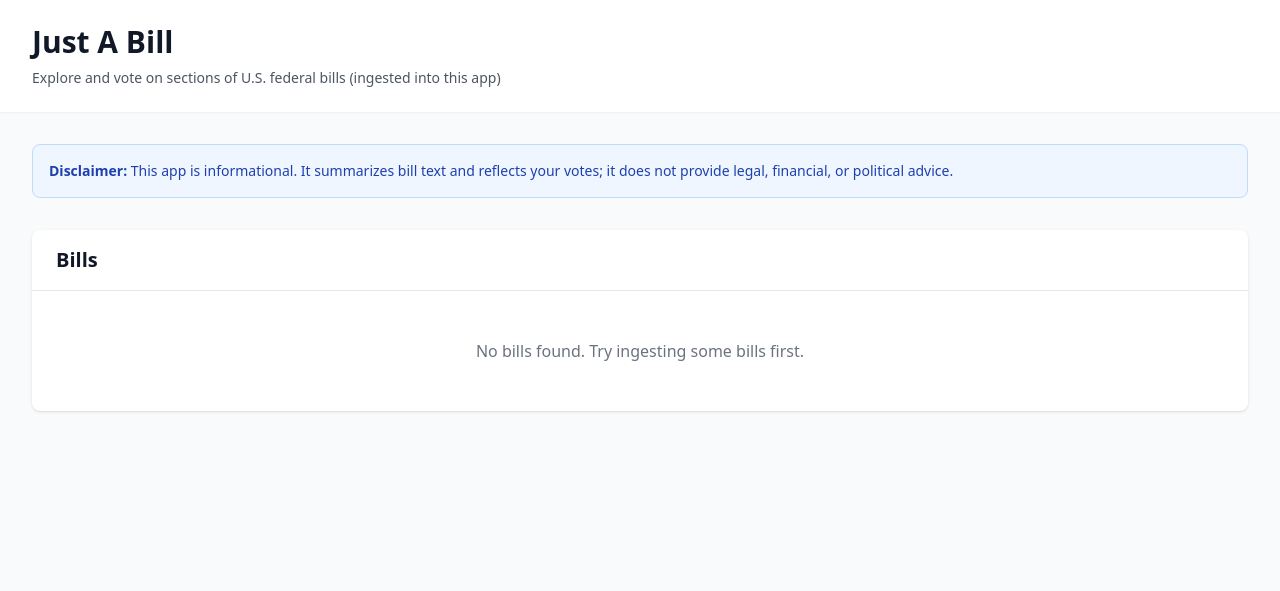
Repository: jschilling12/justabill
Page: / (app in frontend/)
The author's editor kept a copy of each file at every save. The page is drawn from the files as they stood at one save, then again after the next save.
The browser window is 1280 px wide. The pictures show the whole page.
The page's requests for data from a server got no answer. The project was rebuilt for these pictures with package versions that can differ from the ones it lists, and the page was loaded fresh each time. The framework's server and built-in components were replaced by stand-ins that run in the browser. No one was signed in, and anything a server would have sent is missing. Also part of the build but not shown: frontend/next.config.js.

Above is the page before, as saved 2026-01-04 10:47:46.

### frontend/pages/_app.tsx
import React from 'react';
import type { AppProps } from 'next/app';
import '../styles/globals.css';

export default function App({ Component, pageProps }: AppProps) {
  return <Component {...pageProps} />;
}

### frontend/pages/index.tsx
import { useEffect, useState } from 'react';
import Link from 'next/link';
import { getBills, Bill } from '../lib/api';

export default function Home() {
  const [bills, setBills] = useState<Bill[]>([]);
  const [loading, setLoading] = useState(true);
  const [page, setPage] = useState(1);
  const [totalPages, setTotalPages] = useState(1);

  useEffect(() => {
    loadBills();
  }, [page]);

  const loadBills = async () => {
    try {
      setLoading(true);
      const data = await getBills(page, 20);
      setBills(data.items);
      setTotalPages(data.pages);
    } catch (error) {
      console.error('Error loading bills:', error);
    } finally {
      setLoading(false);
    }
  };

  const formatDate = (dateString?: string) => {
    if (!dateString) return 'N/A';
    return new Date(dateString).toLocaleDateString();
  };

  return (
    <div className="min-h-screen bg-gray-50">
      {/* Header */}
      <header className="bg-white shadow-sm">
        <div className="max-w-7xl mx-auto px-4 sm:px-6 lg:px-8 py-6">
          <h1 className="text-3xl font-bold text-gray-900">Just A Bill</h1>
          <p className="mt-2 text-sm text-gray-600">
            Explore and vote on sections of U.S. federal bills (ingested into this app)
          </p>
        </div>
      </header>

      {/* Main Content */}
      <main className="max-w-7xl mx-auto px-4 sm:px-6 lg:px-8 py-8">
        {/* Disclaimer */}
        <div className="bg-blue-50 border border-blue-200 rounded-lg p-4 mb-8">
          <p className="text-sm text-blue-800">
            <strong>Disclaimer:</strong> This app is informational. It summarizes bill text and
            reflects your votes; it does not provide legal, financial, or political advice.
          </p>
        </div>

        {/* Bills List */}
        <div className="bg-white rounded-lg shadow">
          <div className="px-6 py-4 border-b border-gray-200">
            <h2 className="text-xl font-semibold text-gray-900">Bills</h2>
          </div>

          {loading ? (
            <div className="px-6 py-12 text-center">
              <div className="inline-block animate-spin rounded-full h-8 w-8 border-b-2 border-gray-900"></div>
              <p className="mt-2 text-gray-600">Loading bills...</p>
            </div>
          ) : bills.length === 0 ? (
            <div className="px-6 py-12 text-center text-gray-500">
              No bills found. Try ingesting some bills first.
            </div>
          ) : (
            <div className="divide-y divide-gray-200">
              {bills.map((bill) => (
                <Link
                  key={bill.id}
                  href={`/bills/${bill.id}`}
                  className="block px-6 py-4 hover:bg-gray-50 transition-colors"
                >
                  <div className="flex items-start justify-between">
                    <div className="flex-1 min-w-0">
                      <h3 className="text-lg font-medium text-gray-900 truncate">
                        {bill.bill_type.toUpperCase()}. {bill.bill_number}
                      </h3>
                      <p className="mt-1 text-sm text-gray-600 line-clamp-2">
                        {bill.title || 'No title available'}
                      </p>
                      <div className="mt-2 flex items-center space-x-4 text-xs text-gray-500">
                        <span>{bill.congress}th Congress</span>
                        {bill.status && (
                          <span className="px-2 py-1 bg-gray-100 rounded">
                            {bill.status.replace('_', ' ')}
                          </span>
                        )}
                        {bill.latest_action_date && (
                          <span>Updated: {formatDate(bill.latest_action_date)}</span>
                        )}
                      </div>
                    </div>
                    <div className="ml-4 flex-shrink-0">
                      <svg
                        className="h-5 w-5 text-gray-400"
                        fill="none"
                        stroke="currentColor"
                        viewBox="0 0 24 24"
                      >
                        <path
                          strokeLinecap="round"
                          strokeLinejoin="round"
                          strokeWidth={2}
                          d="M9 5l7 7-7 7"
                        />
                      </svg>
                    </div>
                  </div>
                </Link>
              ))}
            </div>
          )}

          {/* Pagination */}
          {!loading && bills.length > 0 && (
            <div className="px-6 py-4 border-t border-gray-200 flex items-center justify-between">
              <button
                onClick={() => setPage((p) => Math.max(1, p - 1))}
                disabled={page === 1}
                className="px-4 py-2 text-sm font-medium text-gray-700 bg-white border border-gray-300 rounded-md hover:bg-gray-50 disabled:opacity-50 disabled:cursor-not-allowed"
              >
                Previous
              </button>
              <span className="text-sm text-gray-700">
                Page {page} of {totalPages}
              </span>
              <button
                onClick={() => setPage((p) => Math.min(totalPages, p + 1))}
                disabled={page === totalPages}
                className="px-4 py-2 text-sm font-medium text-gray-700 bg-white border border-gray-300 rounded-md hover:bg-gray-50 disabled:opacity-50 disabled:cursor-not-allowed"
              >
                Next
              </button>
            </div>
          )}
        </div>
      </main>
    </div>
  );
}

### frontend/lib/api.ts
import axios from 'axios';
import { getAccessToken, setAccessToken, clearAccessToken } from './auth';

const API_URL = process.env.NEXT_PUBLIC_API_URL || 'http://localhost:8000';

// Get session ID from localStorage or create new one
function getSessionId(): string {
  if (typeof window === 'undefined') return '';

  let sessionId = localStorage.getItem('session_id');
  if (!sessionId) {
    sessionId = crypto.randomUUID();
    localStorage.setItem('session_id', sessionId);
  }
  return sessionId;
}

const api = axios.create({
  baseURL: API_URL,
  headers: {
    'Content-Type': 'application/json',
  },
});

// Add session ID to all requests
api.interceptors.request.use((config) => {
  const sessionId = getSessionId();
  if (sessionId) {
    config.headers['X-Session-ID'] = sessionId;
  }

  const token = getAccessToken();
  if (token) {
    config.headers['Authorization'] = `Bearer ${token}`;
  }
  return config;
});

export interface AuthTokenResponse {
  access_token: string;
  token_type: 'bearer';
}

export interface UserMe {
  id: string;
  email?: string | null;
  affiliation_raw?: string | null;
  affiliation_bucket?: string | null;
}

export interface Bill {
  id: string;
  congress: number;
  bill_type: string;
  bill_number: number;
  title: string;
  introduced_date?: string;
  latest_action_date?: string;
  status?: string;
  is_popular?: boolean;
  popularity_score?: number;
  popularity_updated_at?: string | null;
  is_law_impact_candidate?: boolean;
}

export interface BillSection {
  id: string;
  bill_id: string;
  section_key: string;
  heading: string;
  division?: string | null;
  title?: string | null;
  title_heading?: string | null;
  order_index: number;
  section_text: string;
  summary_json?: {
    plain_summary_bullets: string[];
    key_terms?: string[];
    who_it_affects?: string[];
    uncertainties?: string[];
  };
  evidence_quotes?: string[];
}

export interface BillWithSections extends Bill {
  sections: BillSection[];
}

export interface UserBillSummary {
  id: string;
  upvote_count: number;
  downvote_count: number;
  skip_count: number;
  upvote_ratio: number | null;
  verdict_label: string;
  liked_sections: any[];
  disliked_sections: any[];
}

export interface VoteCounts {
  up: number;
  down: number;
  skip: number;
  total: number;
}

export interface VotePercents {
  agree_pct: number;
  disagree_pct: number;
}

export interface VoteStats {
  counts: VoteCounts;
  percents: VotePercents;
}

export interface SectionVoteStatsItem {
  section_id: string;
  counts: VoteCounts;
  percents: VotePercents;
}

export interface BillSectionVoteStatsResponse {
  bill_id: string;
  items: SectionVoteStatsItem[];
}

export interface VoteSubmitResponse {
  vote: {
    id: string;
    user_id: string;
    bill_id: string;
    section_id: string;
    vote: 'up' | 'down' | 'skip';
    created_at: string;
    updated_at?: string | null;
  };
  updated: boolean;
}

export interface MyVotesForBillResponse {
  bill_id: string;
  user_id: string;
  votes: Array<{ section_id: string; vote: 'up' | 'down' | 'skip' }>;
}

export interface MyBillVoteItem {
  bill_id: string;
  congress: number;
  bill_type: string;
  bill_number: number;
  title: string;
  latest_action_date?: string | null;
  voted_sections: number;
}

export interface MyBillsVotesResponse {
  items: MyBillVoteItem[];
}

// API functions
export async function getBills(
  page: number = 1,
  pageSize: number = 20,
  popular?: boolean,
  lawImpactOnly?: boolean
) {
  const params: Record<string, any> = { page, page_size: pageSize };
  if (popular) params.popular = true;
  if (lawImpactOnly) params.law_impact_only = true;

  const response = await api.get('/bills', { params });
  return response.data;
}

export async function getBill(billId: string): Promise<BillWithSections> {
  const response = await api.get(`/bills/${billId}`);
  return response.data;
}

export async function submitVote(billId: string, sectionId: string, vote: 'up' | 'down' | 'skip') {
  const response = await api.post(`/votes/vote?bill_id=${billId}`, {
    section_id: sectionId,
    vote: vote
  });
  return response.data;
}

export async function submitBulkVotes(
  billId: string,
  sectionIds: string[],
  vote: 'up' | 'down' | 'skip'
) {
  const response = await api.post(`/votes/bulk-vote?bill_id=${billId}`, sectionIds.map((sectionId) => ({
    section_id: sectionId,
    vote,
  })));
  return response.data;
}

export async function getUserSummary(billId: string, userId: string): Promise<UserBillSummary> {
  const response = await api.get(`/bills/${billId}/user-summary`, {
    params: { user_id: userId }
  });
  return response.data;
}

export async function getMySummary(billId: string): Promise<UserBillSummary> {
  const response = await api.get(`/bills/${billId}/my-summary`);
  return response.data;
}

export async function getBillVoteStats(billId: string): Promise<VoteStats> {
  const response = await api.get(`/votes/bill/${billId}/stats`);
  return response.data;
}

export async function getBillsVoteStats(billIds: string[]): Promise<Record<string, VoteStats>> {
  if (!billIds.length) return {};
  const response = await api.get(`/votes/bills/stats`, {
    params: { bill_ids: billIds.join(',') },
  });
  const out: Record<string, VoteStats> = {};
  (response.data.items || []).forEach((it: any) => {
    out[it.bill_id] = { counts: it.counts, percents: it.percents };
  });
  return out;
}

export async function getBillSectionVoteStats(billId: string): Promise<BillSectionVoteStatsResponse> {
  const response = await api.get(`/votes/bill/${billId}/section-stats`);
  return response.data;
}

export async function getMyBillsVotes(): Promise<MyBillsVotesResponse> {
  const response = await api.get(`/votes/my-bills`);
  return response.data;
}

export async function getMyVotesForBill(billId: string): Promise<MyVotesForBillResponse> {
  const response = await api.get(`/votes/my-votes/${billId}`);
  return response.data;
}

export async function register(email: string, password: string): Promise<AuthTokenResponse> {
  const response = await api.post(`/auth/register`, { email, password });
  const tokenResp = response.data as AuthTokenResponse;
  if (tokenResp?.access_token) setAccessToken(tokenResp.access_token);
  return tokenResp;
}

export async function login(email: string, password: string): Promise<AuthTokenResponse> {
  const response = await api.post(`/auth/login`, { email, password });
  const tokenResp = response.data as AuthTokenResponse;
  if (tokenResp?.access_token) setAccessToken(tokenResp.access_token);
  return tokenResp;
}

export async function logout() {
  clearAccessToken();
}

export async function getMe(): Promise<UserMe> {
  const response = await api.get(`/auth/me`);
  return response.data;
}

export async function updateMeAffiliation(affiliation_raw: string | null): Promise<UserMe> {
  const response = await api.patch(`/auth/me`, { affiliation_raw });
  return response.data;
}

export default api;

### frontend/lib/auth.ts
export const TOKEN_KEY = 'access_token';

export function getAccessToken(): string | null {
  if (typeof window === 'undefined') return null;
  return localStorage.getItem(TOKEN_KEY);
}

export function setAccessToken(token: string) {
  if (typeof window === 'undefined') return;
  localStorage.setItem(TOKEN_KEY, token);
}

export function clearAccessToken() {
  if (typeof window === 'undefined') return;
  localStorage.removeItem(TOKEN_KEY);
}

export function isLoggedIn(): boolean {
  return !!getAccessToken();
}

Loaded but not shown: frontend/pages/_document.tsx (common file); frontend/styles/globals.css (common file); frontend/tailwind.config.js (common file)

After the next save:
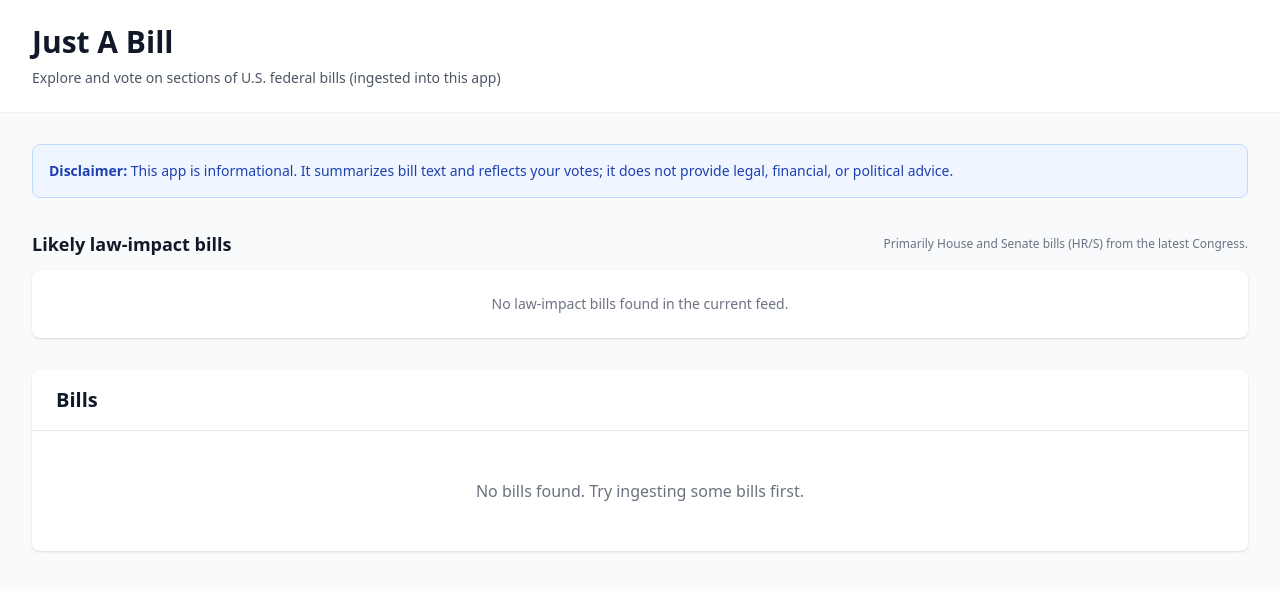
Saved 43 min 17 s later.
--- a/frontend/pages/index.tsx
+++ b/frontend/pages/index.tsx
@@ -4,13 +4,19 @@ import { getBills, Bill } from '../lib/api';
 
 export default function Home() {
   const [bills, setBills] = useState<Bill[]>([]);
+  const [lawImpactBills, setLawImpactBills] = useState<Bill[]>([]);
   const [loading, setLoading] = useState(true);
+  const [loadingLawImpact, setLoadingLawImpact] = useState(true);
   const [page, setPage] = useState(1);
   const [totalPages, setTotalPages] = useState(1);
 
   useEffect(() => {
     loadBills();
   }, [page]);
+
+  useEffect(() => {
+    loadLawImpactBills();
+  }, []);
 
   const loadBills = async () => {
     try {
@@ -25,6 +31,19 @@ export default function Home() {
     }
   };
 
+  const loadLawImpactBills = async () => {
+    try {
+      setLoadingLawImpact(true);
+      // First page of likely law-impact bills (e.g., HR/S in latest Congress)
+      const data = await getBills(1, 10, undefined, true);
+      setLawImpactBills(data.items);
+    } catch (error) {
+      console.error('Error loading law-impact bills:', error);
+    } finally {
+      setLoadingLawImpact(false);
+    }
+  };
+
   const formatDate = (dateString?: string) => {
     if (!dateString) return 'N/A';
     return new Date(dateString).toLocaleDateString();
@@ -50,6 +69,69 @@ export default function Home() {
             <strong>Disclaimer:</strong> This app is informational. It summarizes bill text and
             reflects your votes; it does not provide legal, financial, or political advice.
           </p>
+        </div>
+
+        {/* Likely law-impact bills */}
+        <div className="mb-8">
+          <div className="flex items-center justify-between mb-3">
+            <h2 className="text-lg font-semibold text-gray-900">Likely law-impact bills</h2>
+            <p className="text-xs text-gray-500">
+              Primarily House and Senate bills (HR/S) from the latest Congress.
+            </p>
+          </div>
+          <div className="bg-white rounded-lg shadow">
+            {loadingLawImpact ? (
+              <div className="px-6 py-6 text-center text-sm text-gray-500">
+                Loading law-impact bills...
+              </div>
+            ) : lawImpactBills.length === 0 ? (
+              <div className="px-6 py-6 text-center text-sm text-gray-500">
+                No law-impact bills found in the current feed.
+              </div>
+            ) : (
+              <div className="divide-y divide-gray-200">
+                {lawImpactBills.map((bill) => (
+                  <Link
+                    key={bill.id}
+                    href={`/bills/${bill.id}`}
+                    className="block px-6 py-3 hover:bg-gray-50 transition-colors"
+                  >
+                    <div className="flex items-start justify-between">
+                      <div className="flex-1 min-w-0">
+                        <h3 className="text-sm font-medium text-gray-900 truncate">
+                          {bill.bill_type.toUpperCase()}. {bill.bill_number}
+                        </h3>
+                        <p className="mt-1 text-xs text-gray-600 line-clamp-1">
+                          {bill.title || 'No title available'}
+                        </p>
+                        <div className="mt-1 flex items-center space-x-3 text-[11px] text-gray-500">
+                          <span>{bill.congress}th Congress</span>
+                          {bill.latest_action_date && (
+                            <span>Updated: {formatDate(bill.latest_action_date)}</span>
+                          )}
+                        </div>
+                      </div>
+                      <div className="ml-3 flex-shrink-0">
+                        <svg
+                          className="h-4 w-4 text-gray-400"
+                          fill="none"
+                          stroke="currentColor"
+                          viewBox="0 0 24 24"
+                        >
+                          <path
+                            strokeLinecap="round"
+                            strokeLinejoin="round"
+                            strokeWidth={2}
+                            d="M9 5l7 7-7 7"
+                          />
+                        </svg>
+                      </div>
+                    </div>
+                  </Link>
+                ))}
+              </div>
+            )}
+          </div>
         </div>
 
         {/* Bills List */}
